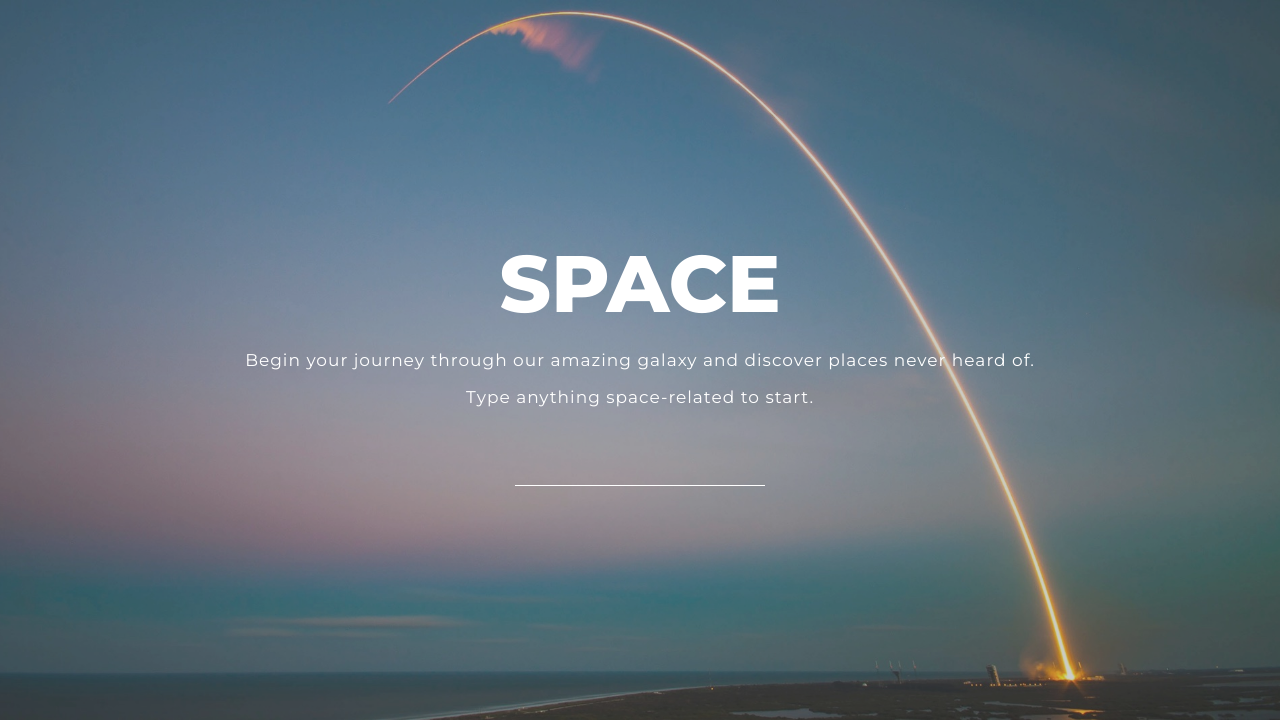
Repository: pmor80/spacer
Page: /
These files come from the project's save history. The page is drawn as it stood at one moment and after the next save; the edit follows.
The browser window is 1280 px wide. The pictures show the whole page.
The project was rebuilt for these pictures with package versions that can differ from the ones it lists, and the page was loaded fresh each time.

Above is the page before, as saved 2019-07-02 16:15:15.

### public/index.html
<!DOCTYPE html>
<html lang="en">
  <head>
    <meta charset="utf-8">
    <meta http-equiv="X-UA-Compatible" content="IE=edge">
    <meta name="viewport" content="width=device-width,initial-scale=1.0">
    <link rel="icon" href="<%= BASE_URL %>favicon.ico">
    <title>spacer</title>
  </head>
  <body>
    <noscript>
      <strong>We're sorry but spacer doesn't work properly without JavaScript enabled. Please enable it to continue.</strong>
    </noscript>
    <div id="app"></div>
    <!-- built files will be auto injected -->
  </body>
</html>

### src/main.js
import Vue from 'vue';
import App from './App.vue';

Vue.config.productionTip = false;

new Vue({
  render: h => h(App),
}).$mount('#app');

### src/App.vue
<template>
  <div class="wrapper">
    <HeroImage />
    <Claim />
    <SearchInput />
  </div>
</template>

<script>
import axios from "axios";
import debounce from "lodash.debounce";
import Claim from "@/components/Claim.vue";
import SearchInput from "@/components/SearchInput.vue";
import HeroImage from "@/components/HeroImage.vue";

const API = "https://images-api.nasa.gov/search";

export default {
  name: "App",
  components: {
    HeroImage,
    Claim,
    SearchInput
  },
  data() {
    return {
      searchValue: "",
      results: []
    };
  },
  methods: {
    handleInput: debounce(function() {
      axios
        .get(`${API}?q=${this.searchValue}&media_type=image`)
        .then(response => {
          this.results = response.data.collection.items;
        })
        .catch(err => {
          console.log(err);
        });
    }, 500)
  }
};
</script>

<style lang="scss">
@import url("https://fonts.googleapis.com/css?family=Montserrat:300,400,600,800");

* {
  box-sizing: border-box;
  -webkit-font-smoothing: antialiased;
  -moz-osx-font-smoothing: grayscale;
}

body {
  font-family: "Montserrat", sans-serif;
  margin: 0;
  padding: 0;
}

.wrapper {
  margin: 0;
  padding: 30px;
  width: 100%;
  min-height: 100vh;
  display: flex;
  flex-direction: column;
  align-items: center;
  justify-content: center;
}
</style>

### src/components/Claim.vue
<template>
  <div class="claimWrapper">
    <h1 class="claim">SPACE</h1>
    <p
      class="subclaim"
    >Begin your journey through our amazing galaxy and discover places never heard of.</p>
    <p class="subclaim">Type anything space-related to start.</p>
  </div>
</template>

<script>
export default {
  name: "Claim"
};
</script>

<style lang="scss" scoped>
.claimWrapper {
  display: flex;
  flex-direction: column;
  justify-content: center;
  align-items: center;
  text-align: center;
  color: #fff;
}
.claim {
  font-size: 50px;
  margin: 0;

  @media (min-width: 768px) {
    font-size: 80px;
  }
}

.subclaim {
  margin: 20px 0 0 0;
  font-size: 13px;
  width: 400;
  font-weight: 400;

  @media (min-width: 768px) {
    font-size: 17px;
    line-height: 1;
    letter-spacing: 1px;
  }
}
</style>

### src/components/SearchInput.vue
<template>
  <div class="searchWrapper">
    <input id="search" name="search" v-model="searchValue" @input="handleInput" />
  </div>
</template>

<script>
export default {
  name: "SearchInput"
};
</script>

<style lang="scss" scoped>
.searchWrapper {
  margin: 50px 0 0 0;
  display: flex;
  flex-direction: column;
  width: 250px;

  input {
    color: #fff;
    text-align: center;
    font-size: 18px;
    font-weight: 300;
    height: 30px;
    border: 0;
    background: none;
    border-bottom: 1px solid #fff;
    transition: box-shadow 0.5s;
  }
  input:focus {
    outline: none;
    box-shadow: 0 10px 20px -8px rgba(255, 255, 255, 0.3);
  }
}
</style>

### src/components/HeroImage.vue
<template>
  <div class="heroImage"></div>
</template>

<script>
export default {
  name: "HeroImage"
};
</script>

<style lang="scss" scoped>
.heroImage {
  width: 100%;
  height: 100vh;
  position: fixed;
  top: 0;
  z-index: -1;
  justify-content: center;
  background-image: url("../assets/heroimage.jpg");
  background-repeat: no-repeat;
  background-size: cover;
  background-position: 80% 0%;
}
.heroImage::after {
  content: "";
  background: rgba(0, 0, 0, 0.2);
  position: absolute;
  top: 0;
  left: 0;
  z-index: 1;
  width: 100%;
  height: 100vh;
}
</style>

After the next save:
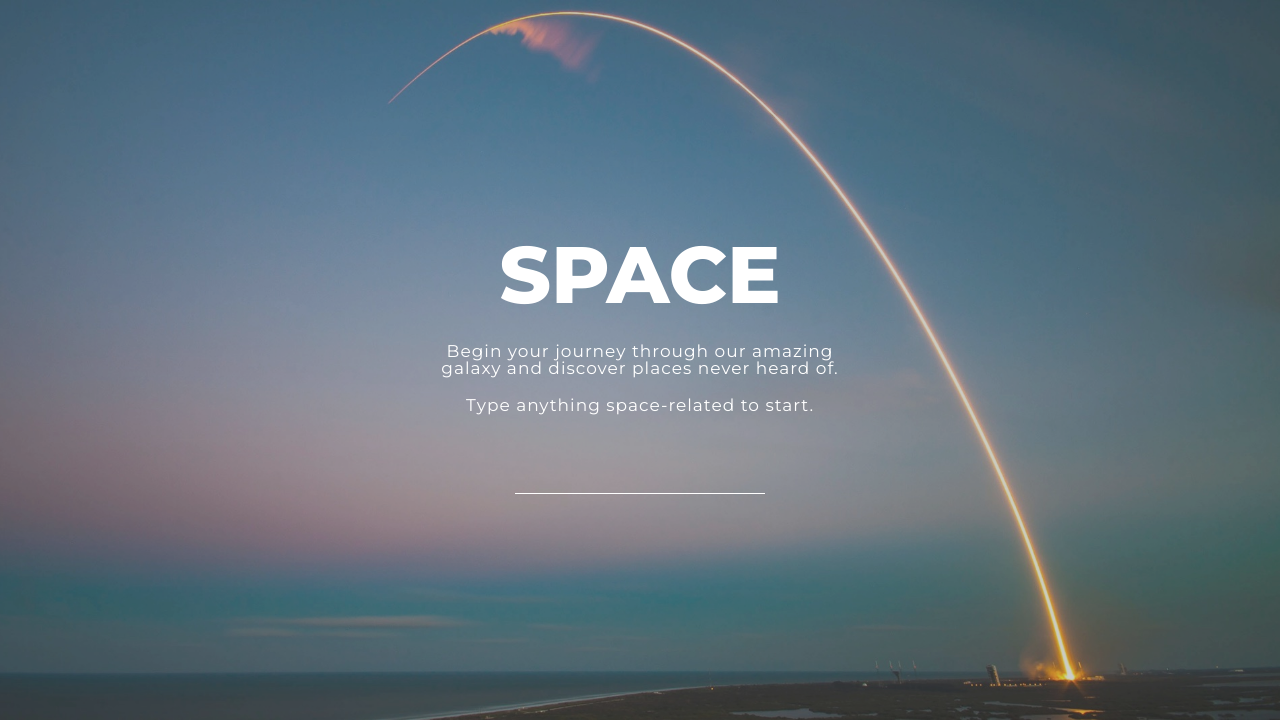
Saved 11 s later.
--- a/src/components/Claim.vue
+++ b/src/components/Claim.vue
@@ -35,7 +35,7 @@ export default {
 .subclaim {
   margin: 20px 0 0 0;
   font-size: 13px;
-  width: 400;
+  width: 400px;
   font-weight: 400;
 
   @media (min-width: 768px) {
